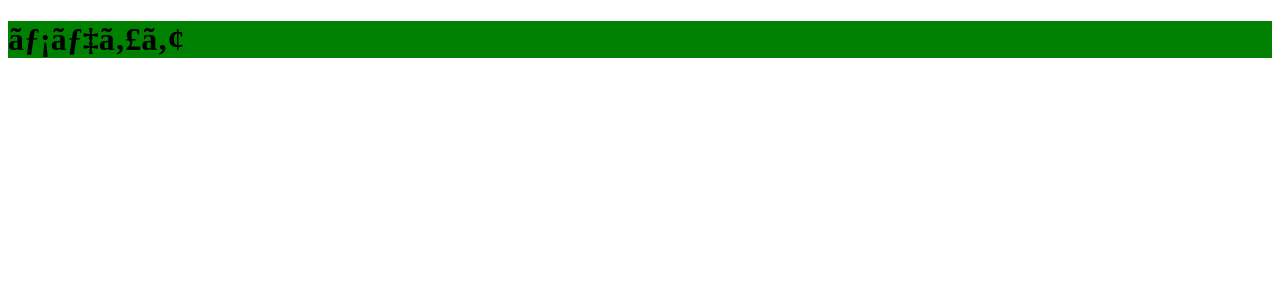
Repository: haruki1008/samurai_HTML-CSS
Page: sub3.html
The author's editor kept a record of every edit. The page is drawn from the files as they stood at one moment, then again after the next edit.
The browser window is 1280 px wide. The pictures show the whole page.

Above is the page before.

### sub3.html
<!DOCTYPE html>
<html lang="ja">
    <head>
        <meta charset="UTF=8" name="viewport" content="width=device-width, initial-scale=1">
        <style>
            .media {
                background-color: blue;
            }

            @media screen and (min-width:480px) {
                .media {
                    background-color: red;
                }
            }

            @media screen and (min-width:640px) {
                .media {
                    background-color: green;
                }
            }
        </style>
    </head>
    <body>
        <div class="media">
            <h1>メディア</h1>
        </div>
    </body>
</html>

After the next edit:
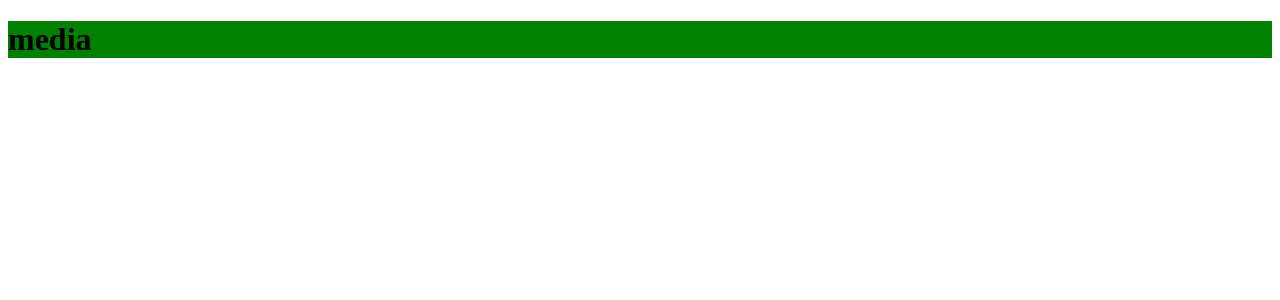
The edit:
--- a/sub3.html
+++ b/sub3.html
@@ -22,7 +22,7 @@
     </head>
     <body>
         <div class="media">
-            <h1>メディア</h1>
+            <h1>media</h1>
         </div>
     </body>
 </html>
